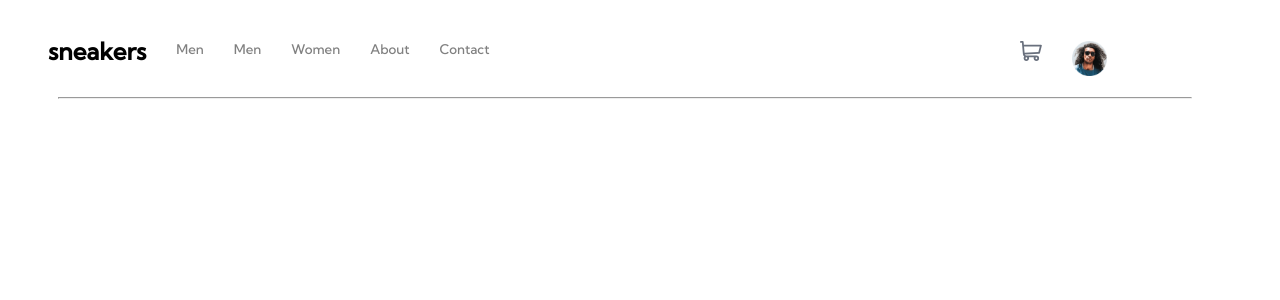
Repository: Abhi2359/frontendchallenge-2
Page: /
An editor plug-in stored every save of this project. The page is shown before and after the next save, followed by the edit.
The browser window is 1280 px wide. The pictures show the whole page.
The project was rebuilt for these pictures with package versions that can differ from the ones it lists, and the page was loaded fresh each time.

Above is the page before, as saved 2023-02-11 01:01:24.

### src/App.js
import Navbar from "./components/Navbar/Navbar";


function App() {
  return (
    <div className="App">
     <Navbar/>

    </div>
  );
}

export default App;

### src/components/Navbar/Navbar.js
import React from "react";
import { Link } from "react-router-dom";
import "./Navbar.css";
import { ReactComponent as Cart } from "../assets/images/icon-cart.svg";
import avatar from "../assets/images/image-avatar.png";
const Navbar = () => {
  return (
    <header className="header">

        <nav className="navbar">
          <ul>
            <h1>sneakers</h1>
            <li>
            <a href="">Men</a>
            </li>
            <li>
              <a href="">Men</a>
            </li>
            <li>
              <a href="">Women</a>
            </li>
            <li>
              <a href="">About</a>
            </li>
            <li>
              <a href=''>Contact</a>
            </li>
            <div class="cart">
              <li>
                <Cart />
              </li>
              <li>
                <img src={avatar} alt="avatar-logo" className="avatar" />
              </li>
            </div>
          </ul>
          <div className="hr_tag">

          <hr  className="horizontal-line"/>
          </div>



        </nav>

    </header>
  );
};

export default Navbar;

### src/components/Navbar/Navbar.css
@import url('https://fonts.googleapis.com/css2?family=Kumbh+Sans:wght@500&family=Poppins:ital,wght@0,300;0,400;0,500;1,600&display=swap');


.header{
     /* background-color: aqua; */
    height: 100px;
    margin-bottom: -30px;
}

.navigation{

   background-color: black;
}
.navbar{
    height: 100px;
    /* background-color: black; */
}
.navbar ul{
    display: flex;
    list-style-type: none;
    font-family: 'Kumbh Sans', sans-serif;
    height: 65px;



}
.navbar ul li{
    margin-top: 25px;
    margin-left: 30px;
    font-size: smaller;
}

.navbar ul li a{
 text-decoration: none;
 color: gray;
}

 h1{
    font-weight: 600;
 }

 .avatar{
    height: 50px;
    padding-bottom: 50px;
    flex-grow: 4;
 }
.cart{
    display: flex;
    margin-left: 500px;
}
 .hr_tag{
    position: relative;
    margin-left: 50px;
    margin-right: 80px;
    padding-bottom: 20px;
 }
 .cart li img{
    height: 35px;
 }

Loaded but not shown: public/index.html (common file); src/index.js (common file)

After the next save:
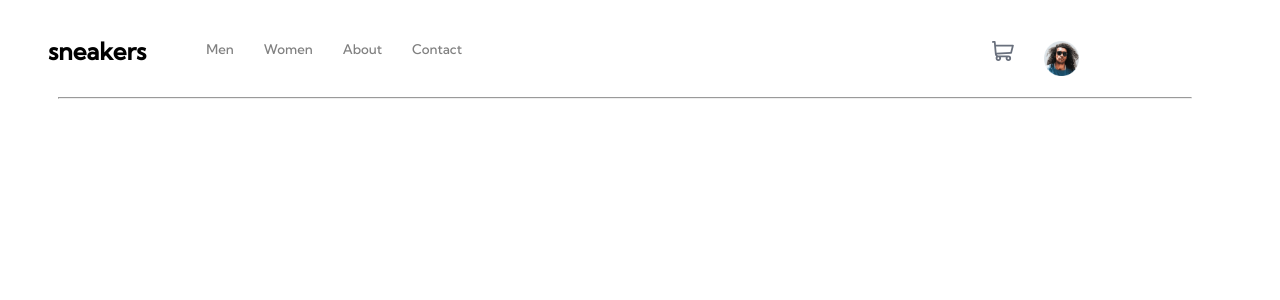
Saved 4 s later.
--- a/src/components/Navbar/Navbar.js
+++ b/src/components/Navbar/Navbar.js
@@ -11,7 +11,7 @@ const Navbar = () => {
           <ul>
             <h1>sneakers</h1>
             <li>
-            <a href="">Men</a>
+            <a href=""></a>
             </li>
             <li>
               <a href="">Men</a>
